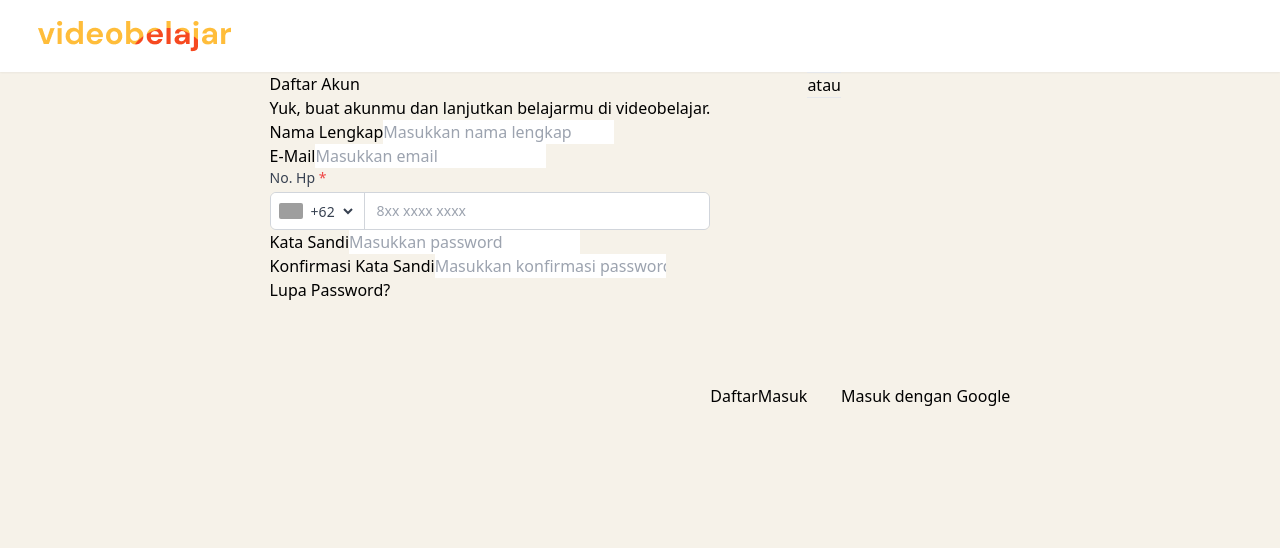
Repository: dimascahyanugraha/Course-Mission-4
Page: /signup
These files come from the project's save history. The page is drawn as it stood at one moment and after the next save; the edit follows.
The browser window is 1280 px wide. The pictures show the whole page.
Pictures or frames that could not be fetched are drawn as grey boxes. The project was rebuilt for these pictures with package versions that can differ from the ones it lists, and the page was loaded fresh each time. Also part of the build but not shown: vite.config.js, src/components/LoginPage.jsx.

Above is the page before, as saved 2026-05-29 10:46:02.

After the next save:
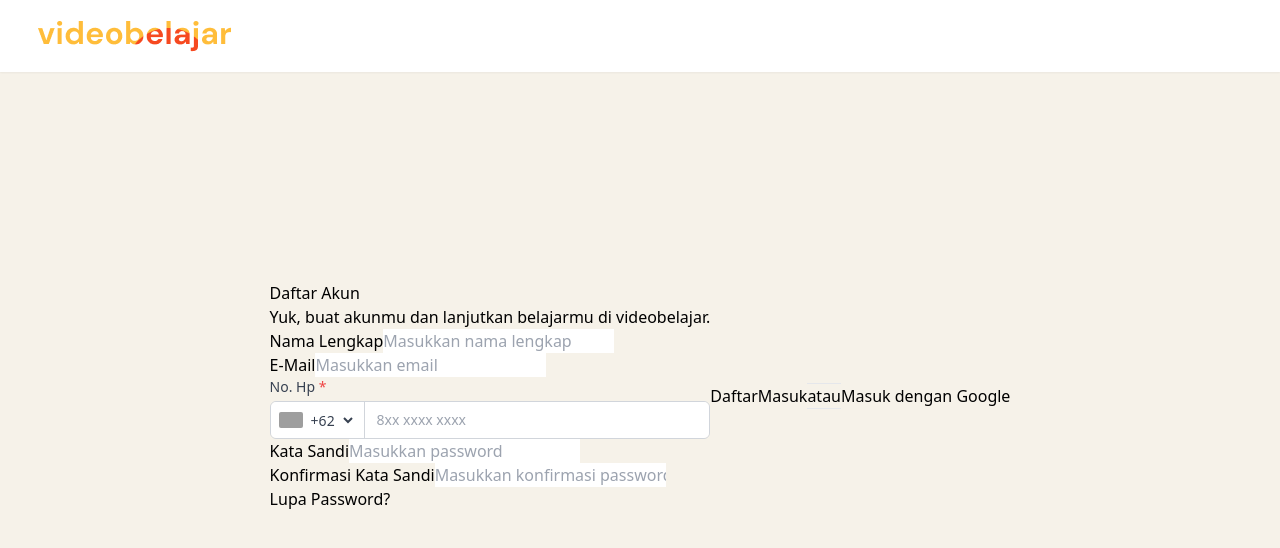
Saved 10 s later.
--- a/src/components/Signup.jsx
+++ b/src/components/Signup.jsx
@@ -8,7 +8,7 @@ export default function Signup() {
         <img src={logoVideoBelajar} alt="logo" />
       </header>
 
-      <main className="flex flex-auto justify-center">
+      <main className="flex flex-auto justify-center items-center">
         <div>
           <h2>Daftar Akun</h2>
           <p>Yuk, buat akunmu dan lanjutkan belajarmu di videobelajar.</p>
